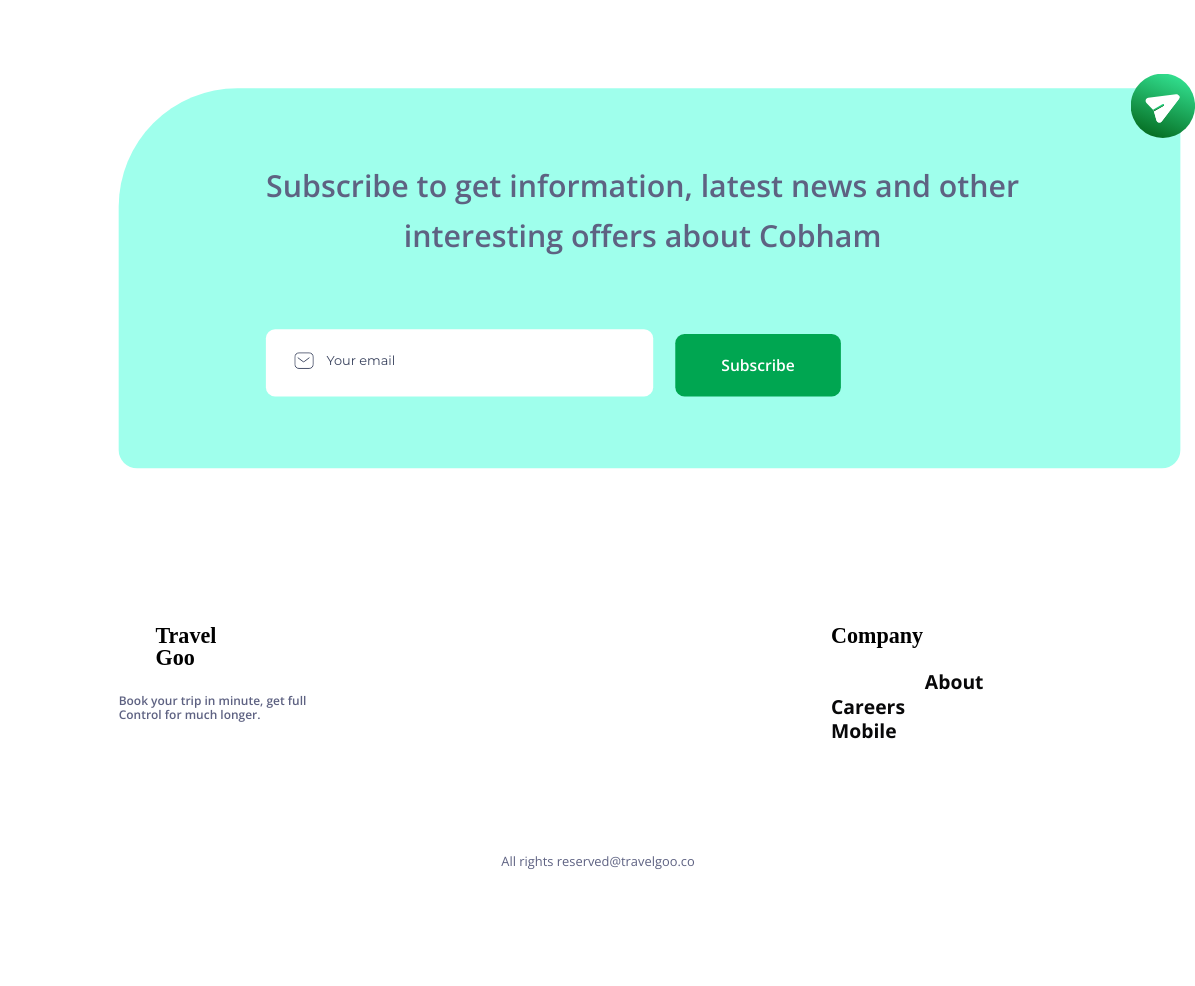
Repository: HeybetzadeQedim/task-5
Page: index.html
An editor plug-in stored every save of this project. The page is shown before and after the next save, followed by the edit.
The browser window is 1280 px wide. The page is 1299 px wide, so the pictures cover 1299 px, including what lies to the right of the window. The pictures show the whole page, at 92% of full size.
Some web fonts or font styles are not loaded; a fallback is used.

Above is the page before, as saved 2023-10-16 15:59:11.

After the next save:
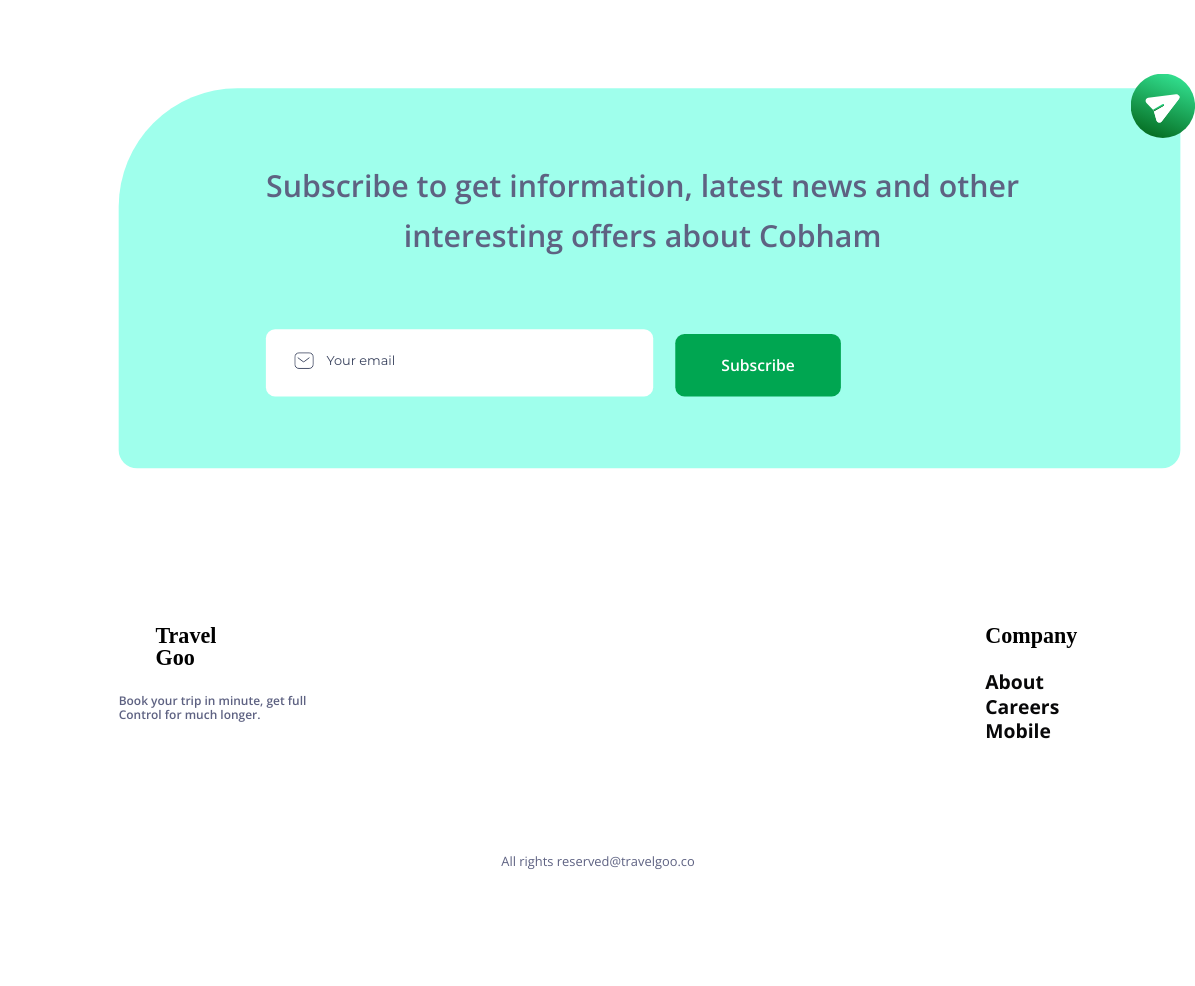
Saved 18 s later.
--- a/index.css
+++ b/index.css
@@ -121,8 +121,8 @@
   line-height: 124.5%;
 }
 .li-container li:nth-child(2) {
-  margin-left: 102px;
-  margin-right: 102px;
+  /* margin-left: 102px;
+  margin-right: 102px; */
 }
 .li-container-2 {
   margin-top: 45px;
